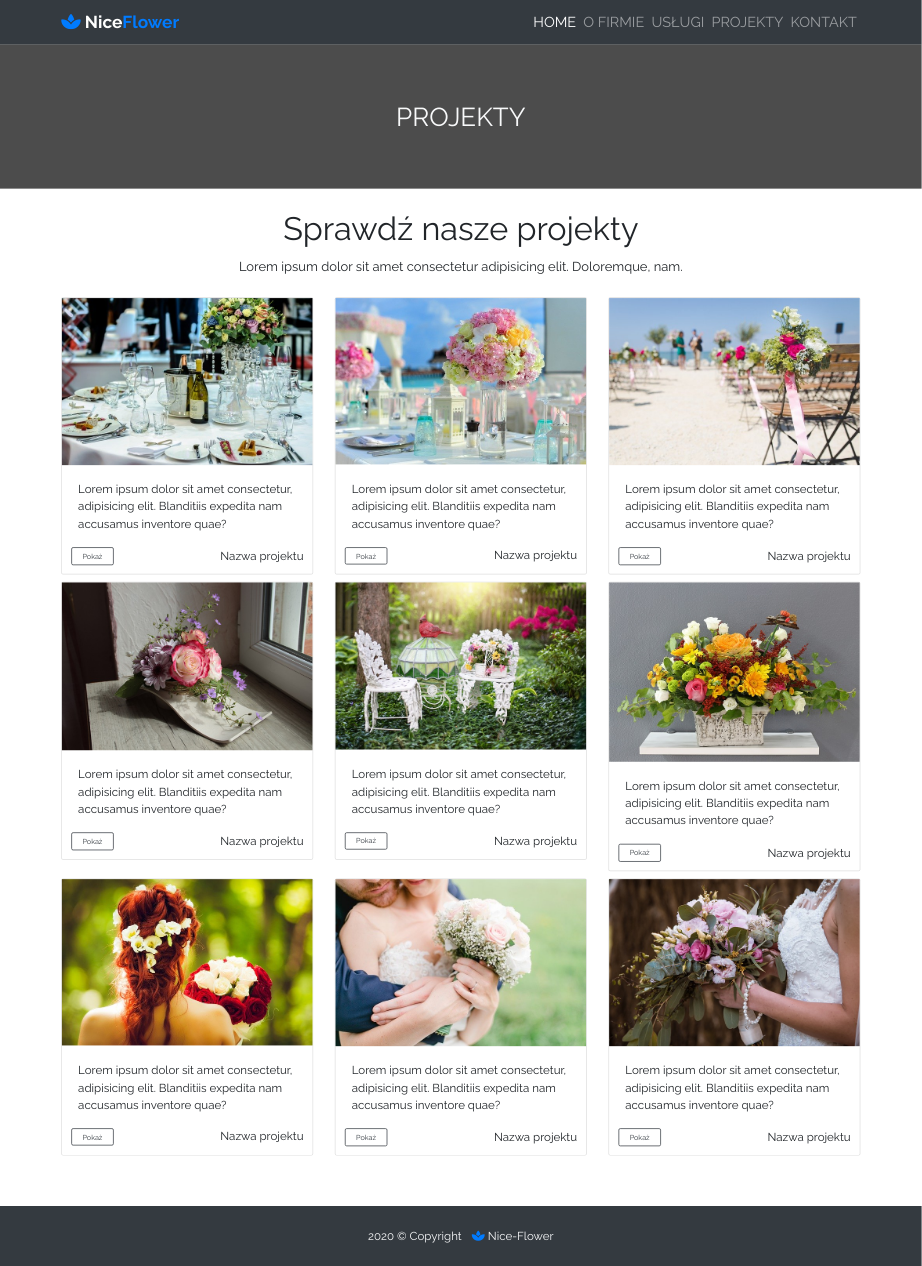
Repository: KrzysKolo/Projekt-13_Kwiaciarnia
Page: projects.html
The author's editor kept a copy of each file at every save. The page is drawn from the files as they stood at one save, then again after the next save.
The browser window is 1280 px wide. The pictures show the whole page, at 72% of full size.
Some web libraries are served in a nearby version.

Above is the page before, as saved 2020-08-11 12:27:27.

After the next save:
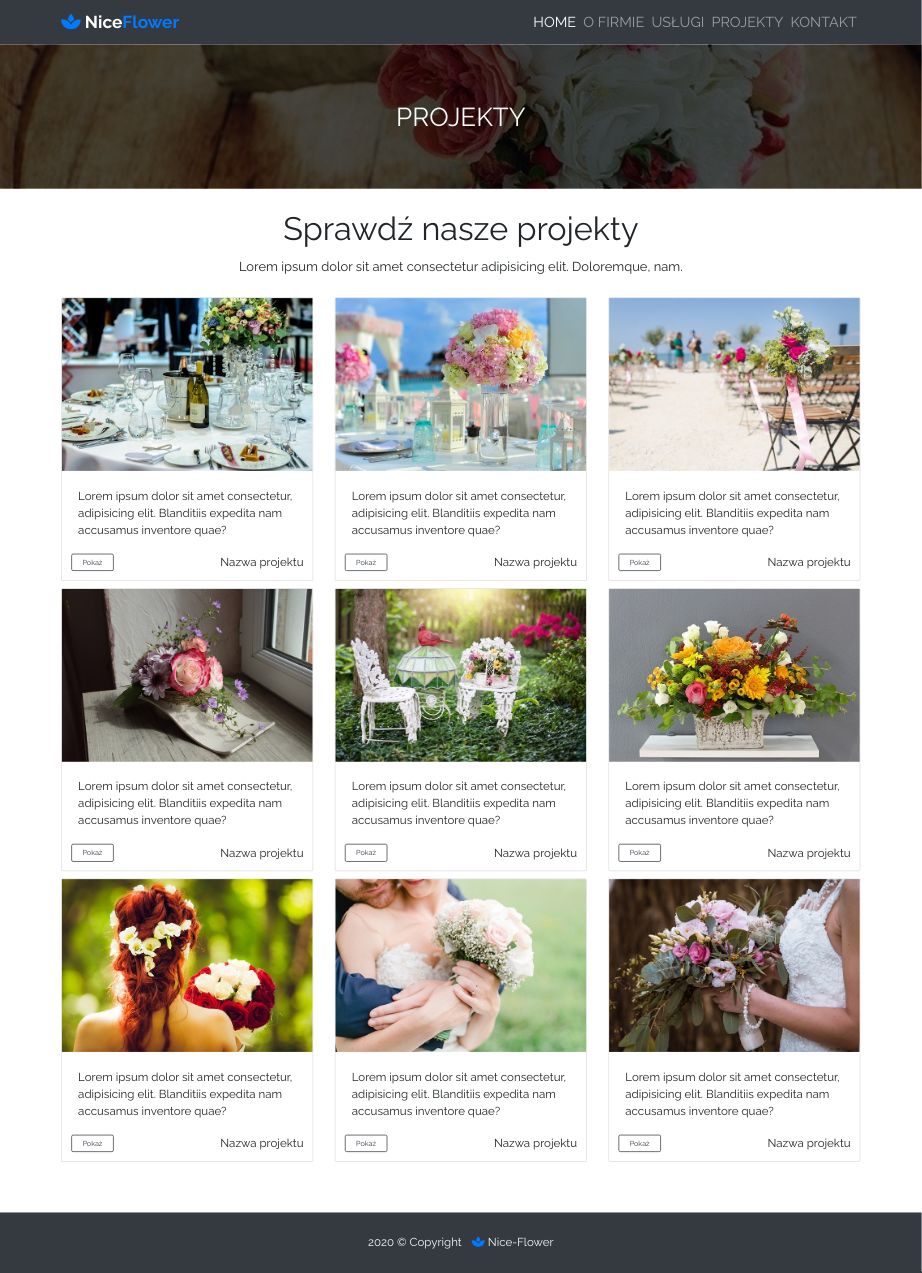
Saved 3 min 4 s later.
--- a/style.css
+++ b/style.css
@@ -188,6 +188,17 @@ header {
   text-transform: uppercase;
 }
 /* ----------- */
+/*   projekty  */
+/* ----------- */
+.projects-hero {
+  background-image: url("./img/b3m.jpg");
+  background-position: center;
+}
+.projects img {
+  height: 240px;
+  object-fit: cover;
+}
+/* ----------- */
 /*    footer   */
 /* ----------- */
 footer {
